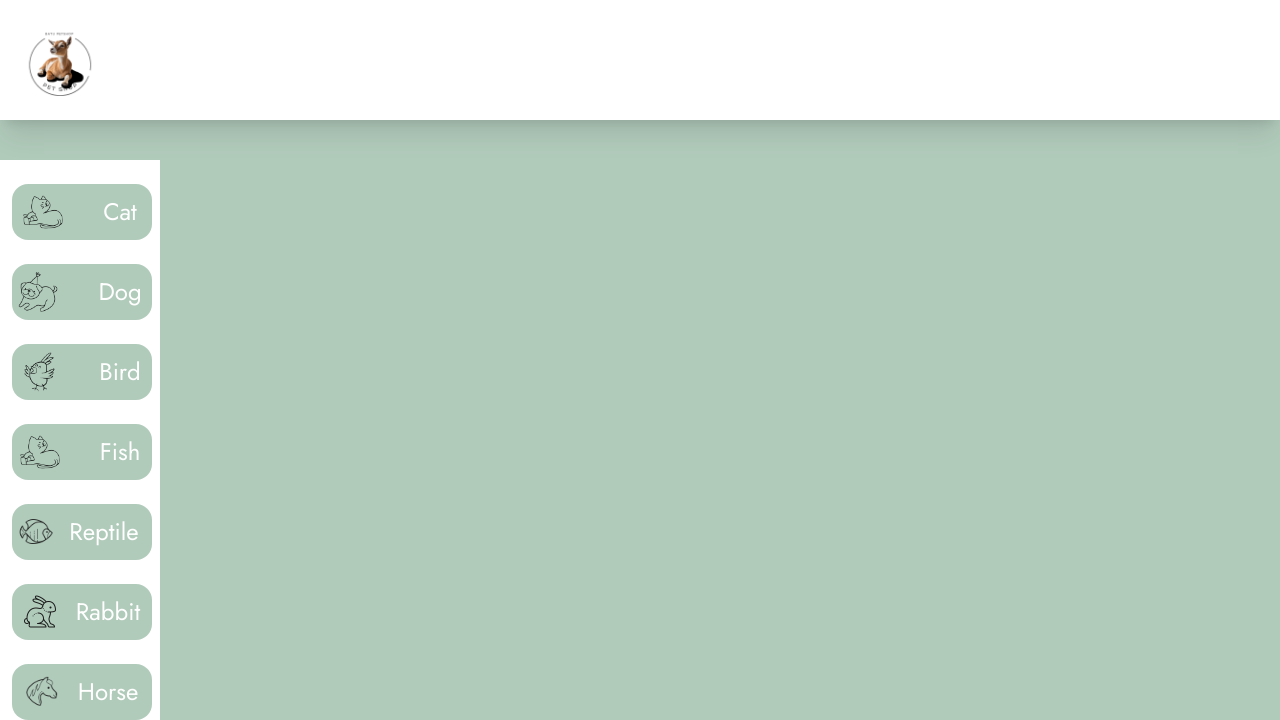
Repository: batu-call/batu-petshop
Page: /main (app in petshopp-appAdmin/admin/)
An editor plug-in stored every save of this project. The page is shown before and after the next save, followed by the edit.
The browser window is 1280 px wide. The pictures show the whole page.
The project was rebuilt for these pictures with package versions that can differ from the ones it lists, and the page was loaded fresh each time. The framework's server and built-in components were replaced by stand-ins that run in the browser. Also part of the build but not shown: petshopp-appAdmin/admin/next.config.ts.

Above is the page before, as saved 2025-09-19 22:32:10.

### petshopp-appAdmin/admin/src/app/layout.tsx
import type { Metadata } from "next";
import { Jost } from 'next/font/google';
import "./globals.css";

const jost = Jost({
  subsets: ['latin'],
  weight: ['400', '500', '700'],
});


export const metadata: Metadata = {
  title: "Batu Petshop AdminPanel",
  description: "Generated by create next app",
   icons: {
    icon: '/favicon.ico',
  },
};

export default function RootLayout({
  children,
}: Readonly<{
  children: React.ReactNode;
}>) {
  return (
    <html lang="en">
      <body
        className={`antialiased ${jost.className}`}
      >
        {children}
      </body>
    </html>
  );
}

### petshopp-appAdmin/admin/src/app/main/page.tsx
import React from 'react'
import Main from './controller/Main'


const page = () => {
  return (
    <div>
        <Main />
    </div>
  )
}

export default page

### petshopp-appAdmin/admin/src/app/globals.css
@import "tailwindcss";
@import "tw-animate-css";

@custom-variant dark (&:is(.dark *));

@layer utilities {
  .bg-primary {
    background-color: #B1CBBB;
  }
  .bg-secondary {
    background-color: #DDEEDD;
  }
  .bg-secondary_20 {
    background-color: rgba(221, 238, 221, 0.2);
  }
  .text-jost {
    font-family: 'Jost',sans-serif;
  }
  .text-color {
    color: #393E46;
  }
  .text-color2 {
    color: #B1CBBB;
  }
}

body {
  font-family: 'Jost', Arial, Helvetica, sans-serif
}

@theme inline {
  --radius-sm: calc(var(--radius) - 4px);
  --radius-md: calc(var(--radius) - 2px);
  --radius-lg: var(--radius);
  --radius-xl: calc(var(--radius) + 4px);
  --color-background: var(--background);
  --color-foreground: var(--foreground);
  --color-card: var(--card);
  --color-card-foreground: var(--card-foreground);
  --color-popover: var(--popover);
  --color-popover-foreground: var(--popover-foreground);
  --color-primary: var(--primary);
  --color-primary-foreground: var(--primary-foreground);
  --color-secondary: var(--secondary);
  --color-secondary-foreground: var(--secondary-foreground);
  --color-muted: var(--muted);
  --color-muted-foreground: var(--muted-foreground);
  --color-accent: var(--accent);
  --color-accent-foreground: var(--accent-foreground);
  --color-destructive: var(--destructive);
  --color-border: var(--border);
  --color-input: var(--input);
  --color-ring: var(--ring);
  --color-chart-1: var(--chart-1);
  --color-chart-2: var(--chart-2);
  --color-chart-3: var(--chart-3);
  --color-chart-4: var(--chart-4);
  --color-chart-5: var(--chart-5);
  --color-sidebar: var(--sidebar);
  --color-sidebar-foreground: var(--sidebar-foreground);
  --color-sidebar-primary: var(--sidebar-primary);
  --color-sidebar-primary-foreground: var(--sidebar-primary-foreground);
  --color-sidebar-accent: var(--sidebar-accent);
  --color-sidebar-accent-foreground: var(--sidebar-accent-foreground);
  --color-sidebar-border: var(--sidebar-border);
  --color-sidebar-ring: var(--sidebar-ring);
}

:root {
  --radius: 0.625rem;
  --background: oklch(1 0 0);
  --foreground: oklch(0.145 0 0);
  --card: oklch(1 0 0);
  --card-foreground: oklch(0.145 0 0);
  --popover: oklch(1 0 0);
  --popover-foreground: oklch(0.145 0 0);
  --primary: oklch(0.205 0 0);
  --primary-foreground: oklch(0.985 0 0);
  --secondary: oklch(0.97 0 0);
  --secondary-foreground: oklch(0.205 0 0);
  --muted: oklch(0.97 0 0);
  --muted-foreground: oklch(0.556 0 0);
  --accent: oklch(0.97 0 0);
  --accent-foreground: oklch(0.205 0 0);
  --destructive: oklch(0.577 0.245 27.325);
  --border: oklch(0.922 0 0);
  --input: oklch(0.922 0 0);
  --ring: oklch(0.708 0 0);
  --chart-1: oklch(0.646 0.222 41.116);
  --chart-2: oklch(0.6 0.118 184.704);
  --chart-3: oklch(0.398 0.07 227.392);
  --chart-4: oklch(0.828 0.189 84.429);
  --chart-5: oklch(0.769 0.188 70.08);
  --sidebar: oklch(0.985 0 0);
  --sidebar-foreground: oklch(0.145 0 0);
  --sidebar-primary: oklch(0.205 0 0);
  --sidebar-primary-foreground: oklch(0.985 0 0);
  --sidebar-accent: oklch(0.97 0 0);
  --sidebar-accent-foreground: oklch(0.205 0 0);
  --sidebar-border: oklch(0.922 0 0);
  --sidebar-ring: oklch(0.708 0 0);
}

.dark {
  --background: oklch(0.145 0 0);
  --foreground: oklch(0.985 0 0);
  --card: oklch(0.205 0 0);
  --card-foreground: oklch(0.985 0 0);
  --popover: oklch(0.205 0 0);
  --popover-foreground: oklch(0.985 0 0);
  --primary: oklch(0.922 0 0);
  --primary-foreground: oklch(0.205 0 0);
  --secondary: oklch(0.269 0 0);
  --secondary-foreground: oklch(0.985 0 0);
  --muted: oklch(0.269 0 0);
  --muted-foreground: oklch(0.708 0 0);
  --accent: oklch(0.269 0 0);
  --accent-foreground: oklch(0.985 0 0);
  --destructive: oklch(0.704 0.191 22.216);
  --border: oklch(1 0 0 / 10%);
  --input: oklch(1 0 0 / 15%);
  --ring: oklch(0.556 0 0);
  --chart-1: oklch(0.488 0.243 264.376);
  --chart-2: oklch(0.696 0.17 162.48);
  --chart-3: oklch(0.769 0.188 70.08);
  --chart-4: oklch(0.627 0.265 303.9);
  --chart-5: oklch(0.645 0.246 16.439);
  --sidebar: oklch(0.205 0 0);
  --sidebar-foreground: oklch(0.985 0 0);
  --sidebar-primary: oklch(0.488 0.243 264.376);
  --sidebar-primary-foreground: oklch(0.985 0 0);
  --sidebar-accent: oklch(0.269 0 0);
  --sidebar-accent-foreground: oklch(0.985 0 0);
  --sidebar-border: oklch(1 0 0 / 10%);
  --sidebar-ring: oklch(0.556 0 0);
}

@layer base {
  * {
    @apply border-border outline-ring/50;
  }
  body {
    @apply bg-background text-foreground;
  }
}

### petshopp-appAdmin/admin/src/app/main/controller/Main.tsx
import React from 'react'
import Image from 'next/image'
import Link from 'next/link'

const Main = () => {
  return (
    <div className='w-full h-screen bg-primary'>
      {/* Navbar */}
      <div className='w-full h-30 bg-white shadow-xl'>
      <div>
        <Image  src={"/logo.png"} alt='main-icon' width={120} height={120} className='flex justify-center items-center'/>
      </div>
      </div>
      <div className='w-40 h-screen bg-white fixed mt-10'>
        {/* Cat */}
        <Link href={"/Cat"}>
      <div className='bg-primary inline-block p-2 items-center mt-6 ml-3 rounded-2xl w-35'>
        <div className='flex gap-9 items-center justify-center'>
       <Image src="/cat_7721779.png" alt='cat-image'
       height={40}
       width={40}
       />
       <h2 className='text-2xl text-jost text-white p-1'>Cat</h2>
      </div>
      </div>
      </Link>
      {/* Dog */}
         <Link href={"/Dog"}>
       <div className='bg-primary inline-block p-2 items-center mt-6 ml-3 rounded-2xl w-35'>
        <div className='flex gap-9 items-center justify-center'>
       <Image src="/dog.png" alt='cat-image'
       height={40}
       width={40}
       />
       <h2 className='text-2xl text-jost text-white p-1'>Dog</h2>
      </div>
      </div>
      </Link>
      {/* BİRD */}
         <Link href={"/Bird"}>
       <div className='bg-primary inline-block p-2 items-center mt-6 ml-3 rounded-2xl w-35'>
        <div className='flex gap-9 items-center justify-center'>
       <Image src="/bird.png" alt='cat-image'
       height={40}
       width={40}
       />
       <h2 className='text-2xl text-jost text-white p-1'>Bird</h2>
      </div>
      </div>
      </Link>
      {/* FİSH */}
         <Link href={"/Fish"}>
       <div className='bg-primary inline-block p-2 items-center mt-6 ml-3 rounded-2xl w-35'>
        <div className='flex gap-9 items-center justify-center'>
       <Image src="/cat_7721779.png" alt='cat-image'
       height={40}
       width={40}
       />
       <h2 className='text-2xl text-jost text-white p-1'>Fish</h2>
      </div>
      </div>
      </Link>
      {/* Reptile */}
         <Link href={"/Reptile"}>
       <div className='bg-primary inline-block p-2 items-center mt-6 ml-3 rounded-2xl w-35'>
        <div className='flex gap-3 items-center justify-center'>
       <Image src="/fish.png" alt='cat-image'
       height={40}
       width={40}
       />
       <h2 className='text-2xl text-jost text-white mr-2'>Reptile</h2>
      </div>
      </div>
      </Link>
      {/* Rabbit */}
         <Link href={"/Rabbit"}>
       <div className='bg-primary inline-block p-2 items-center mt-6 ml-3 rounded-2xl w-35'>
        <div className='flex gap-3 items-center justify-center'>
       <Image src="/rabbit2.png" alt='cat-image'
       height={40}
       width={40}
       />
       <h2 className='text-2xl text-jost text-white p-1'>Rabbit</h2>
      </div>
      </div>
      </Link>
      {/* Horse */}
         <Link href={"/Horse"}>
       <div className='bg-primary inline-block p-2 items-center mt-6 ml-3 rounded-2xl w-35'>
        <div className='flex gap-3 items-center justify-center'>
       <Image src="/horse.png" alt='cat-image'
       height={40}
       width={40}
       />
       <h2 className='text-2xl text-jost text-white p-1'>Horse</h2>
      </div>
      </div>
      </Link>
      {/* Contact */}
         <Link href={"/Contact"}>
       <div className='bg-primary inline-block p-2 items-center mt-6 ml-3 rounded-2xl w-35'>
        <div className='flex gap-3 items-center justify-center'>
       <h2 className='text-2xl text-jost text-white p-1'>Contact</h2>
      </div>
      </div>
      </Link>
      {/* +category */}
       <div className='bg-primary inline-block p-2 items-center mt-6 ml-3 rounded-2xl w-35'>
        <div className='flex gap-3 items-center justify-center'>
       <h2 className='text-2xl text-jost text-white p-1'>+category</h2>
      </div>
      </div>
    </div>
    </div>
  )
}

export default Main

After the next save:
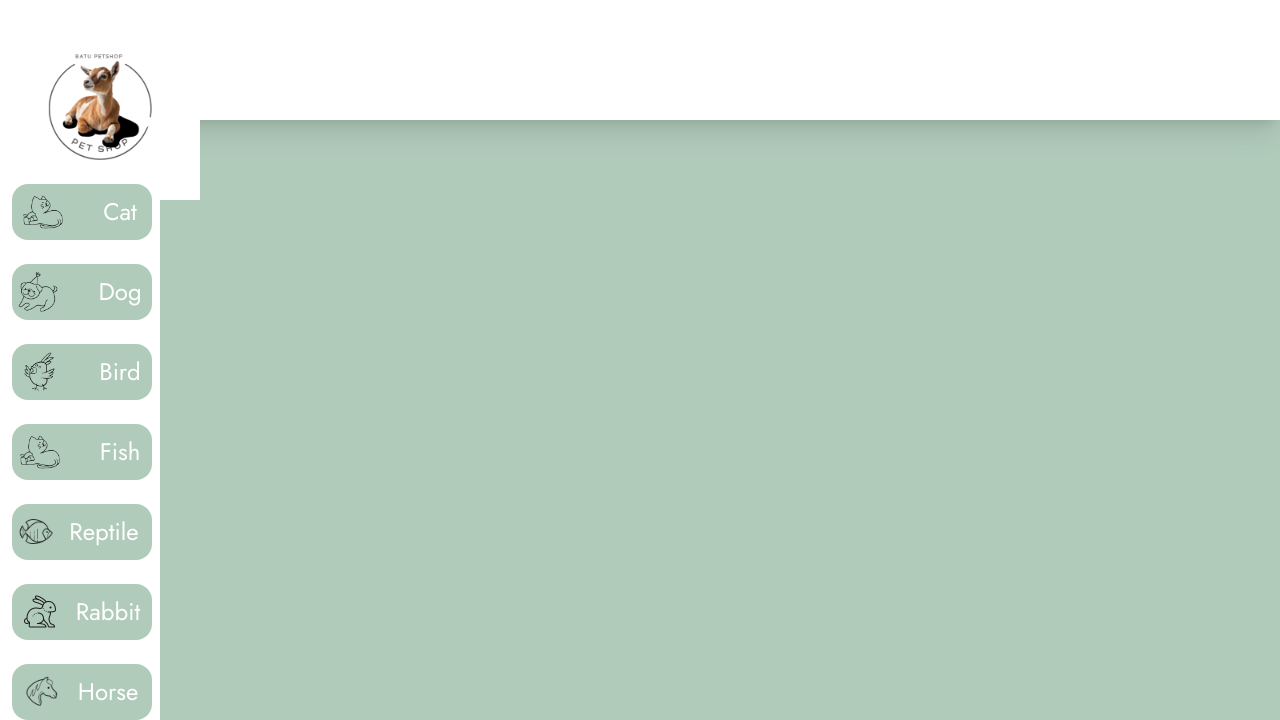
Saved 10 s later.
--- a/petshopp-appAdmin/admin/src/app/main/controller/Main.tsx
+++ b/petshopp-appAdmin/admin/src/app/main/controller/Main.tsx
@@ -8,7 +8,7 @@ const Main = () => {
       {/* Navbar */}
       <div className='w-full h-30 bg-white shadow-xl'>
       <div>
-        <Image  src={"/logo.png"} alt='main-icon' width={120} height={120} className='flex justify-center items-center'/>
+        <Image  src={"/logo.png"} alt='main-icon' width={200} height={200} className='flex justify-center items-center'/>
       </div>
       </div>
       <div className='w-40 h-screen bg-white fixed mt-10'>
